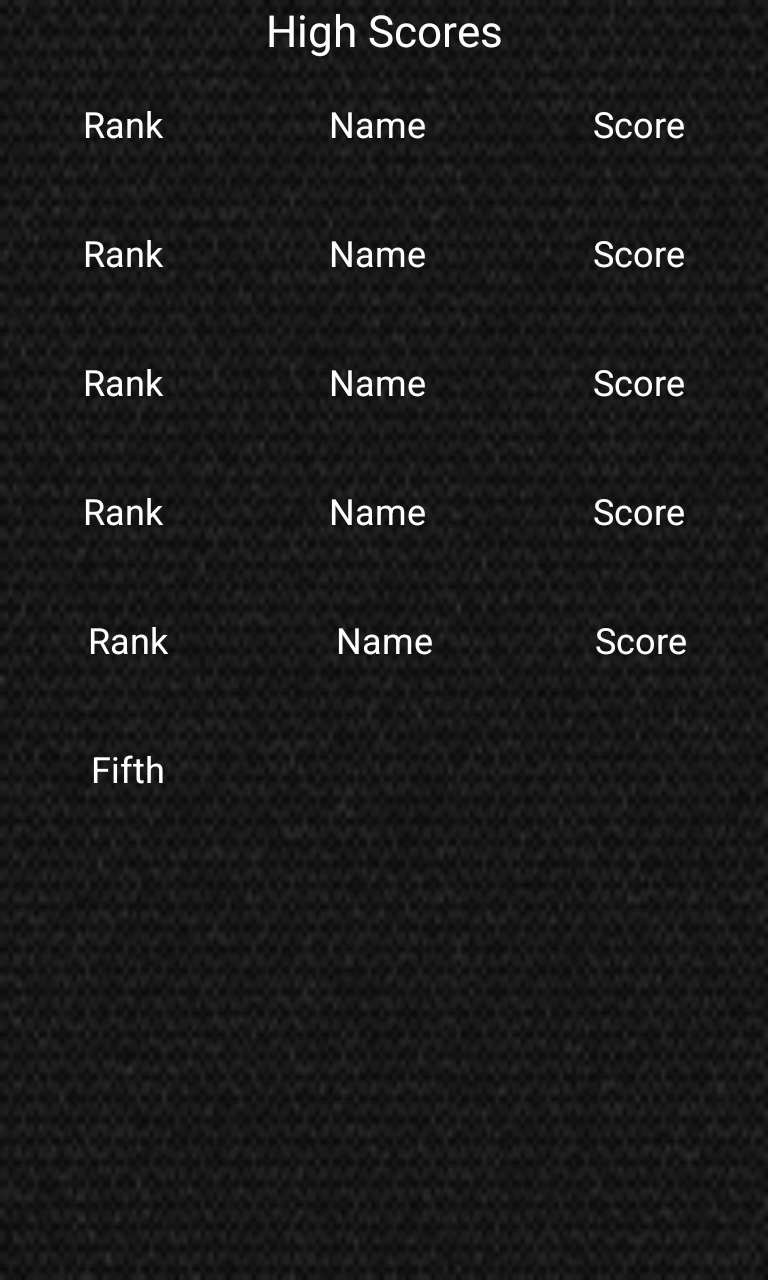
Repository: Tacohen/Killbots
Layout: Killbots/res/layout/high_scores.xml
The author's editor kept a copy of each file at every save. The layout is drawn from the files as they stood at one save, then again after the next save.
It is drawn on a 768 x 1280 px phone screen (xhdpi) without system bars, with theme AppTheme; the app's code is not run.

Above is the layout before, as saved 2013-12-08 01:51:30.

### Killbots/res/layout/high_scores.xml
<?xml version="1.0" encoding="utf-8"?>
<LinearLayout xmlns:android="http://schemas.android.com/apk/res/android"
    android:layout_width="match_parent"
    android:layout_height="match_parent"
    android:orientation="vertical"
    android:background="@drawable/binding_dark">

    <TextView
        android:id="@+id/intoText"
        android:layout_width="match_parent"
        android:layout_height="wrap_content"
        android:gravity="center"
        android:text="High Scores"
        android:textAppearance="?android:attr/textAppearanceLarge"
        android:textColor="#FFFFFF" />

    <TableLayout
        android:layout_width="match_parent"
        android:layout_height="wrap_content" >

        <TableRow
            android:id="@+id/tableRow1"
            android:layout_width="wrap_content"
            android:gravity="center_horizontal"
            android:layout_height="wrap_content" >

        <TextView
            android:id="@+id/rankText"
            android:text="Rank"
            android:layout_weight="1"
            android:textAppearance="?android:attr/textAppearanceMedium"
            android:textColor="#FFFFFF"
            android:padding="20dip" android:gravity="center"/>

        <TextView
            android:id="@+id/nameText"
            android:text="Name"
            android:layout_weight="1"
            android:textAppearance="?android:attr/textAppearanceMedium"
            android:textColor="#FFFFFF"
            android:padding="20dip" android:gravity="center"/>


        <TextView
            android:id="@+id/scoreText"
            android:text="Score"
            android:layout_weight="1"
            android:textAppearance="?android:attr/textAppearanceMedium"
            android:textColor="#FFFFFF"
            android:padding="20dip" android:gravity="center"/>
        </TableRow>

        <TableRow
            android:id="@+id/tableRow2"
            android:layout_width="wrap_content"
            android:layout_height="wrap_content" >

            <TextView
            android:id="@+id/rankText1"
            android:text="Rank"
            android:layout_weight="1"
            android:textAppearance="?android:attr/textAppearanceMedium"
            android:textColor="#FFFFFF"
            android:padding="20dip" android:gravity="center"/>

        <TextView
            android:id="@+id/nameText1"
            android:text="Name"
            android:layout_weight="1"
            android:textAppearance="?android:attr/textAppearanceMedium"
            android:textColor="#FFFFFF"
            android:padding="20dip" android:gravity="center"/>


        <TextView
            android:id="@+id/scoreText1"
            android:text="Score"
            android:layout_weight="1"
            android:textAppearance="?android:attr/textAppearanceMedium"
            android:textColor="#FFFFFF"
            android:padding="20dip" android:gravity="center"/>

        </TableRow>

        <TableRow
            android:id="@+id/tableRow3"
            android:layout_width="wrap_content"
            android:layout_height="wrap_content" >

            <TextView
            android:id="@+id/rankText2"
            android:text="Rank"
            android:layout_weight="1"
            android:textAppearance="?android:attr/textAppearanceMedium"
            android:textColor="#FFFFFF"
            android:padding="20dip" android:gravity="center"/>

        <TextView
            android:id="@+id/nameText2"
            android:text="Name"
            android:layout_weight="1"
            android:textAppearance="?android:attr/textAppearanceMedium"
            android:textColor="#FFFFFF"
            android:padding="20dip" android:gravity="center"/>


        <TextView
            android:id="@+id/scoreText2"
            android:text="Score"
            android:layout_weight="1"
            android:textAppearance="?android:attr/textAppearanceMedium"
            android:textColor="#FFFFFF"
            android:padding="20dip" android:gravity="center"/>
        </TableRow>

        <TableRow
            android:id="@+id/tableRow4"
            android:layout_width="wrap_content"
            android:layout_height="wrap_content" >
        <TextView
            android:id="@+id/rankText3"
            android:text="Rank"
            android:layout_weight="1"
            android:textAppearance="?android:attr/textAppearanceMedium"
            android:textColor="#FFFFFF"
            android:padding="20dip" android:gravity="center"/>

        <TextView
            android:id="@+id/nameText3"
            android:text="Name"
            android:layout_weight="1"
            android:textAppearance="?android:attr/textAppearanceMedium"
            android:textColor="#FFFFFF"
            android:padding="20dip" android:gravity="center"/>


        <TextView
            android:id="@+id/scoreText3"
            android:text="Score"
            android:layout_weight="1"
            android:textAppearance="?android:attr/textAppearanceMedium"
            android:textColor="#FFFFFF"
            android:padding="20dip" android:gravity="center"/>
        </TableRow>
    </TableLayout>

    <TableRow
        android:id="@+id/tableRow5"
        android:layout_width="match_parent"
        android:layout_height="wrap_content" >

        <TextView
            android:id="@+id/rankText4"
            android:text="Rank"
            android:layout_weight="1"
            android:textAppearance="?android:attr/textAppearanceMedium"
            android:textColor="#FFFFFF"
            android:padding="20dip" android:gravity="center"/>

        <TextView
            android:id="@+id/nameText4"
            android:text="Name"
            android:layout_weight="1"
            android:textAppearance="?android:attr/textAppearanceMedium"
            android:textColor="#FFFFFF"
            android:padding="20dip" android:gravity="center"/>


        <TextView
            android:id="@+id/scoreText4"
            android:text="Score"
            android:layout_weight="1"
            android:textAppearance="?android:attr/textAppearanceMedium"
            android:textColor="#FFFFFF"
            android:padding="20dip" android:gravity="center"/>
    </TableRow>

    <TableRow
        android:id="@+id/tableRow6"
        android:layout_width="match_parent"
        android:layout_height="wrap_content" >

        <TextView
            android:id="@+id/rankText5"
            android:text="Fifth"
            android:layout_weight="1"
            android:textAppearance="?android:attr/textAppearanceMedium"
            android:textColor="#FFFFFF"
            android:padding="20dip" android:gravity="center"/>

        <TextView
            android:id="@+id/nameText5"
            android:text=""
            android:layout_weight="1"
            android:textAppearance="?android:attr/textAppearanceMedium"
            android:textColor="#FFFFFF"
            android:padding="20dip" android:gravity="center"/>


        <TextView
            android:id="@+id/scoreText5"
            android:text=""
            android:layout_weight="1"
            android:textAppearance="?android:attr/textAppearanceMedium"
            android:textColor="#FFFFFF"
            android:padding="20dip" android:gravity="center"/>
    </TableRow>

</LinearLayout>

Loaded but not shown: Killbots/res/values/styles.xml (common file); Killbots/res/values-v11/styles.xml (common file); Killbots/res/values-v14/styles.xml (common file)

After the next save:
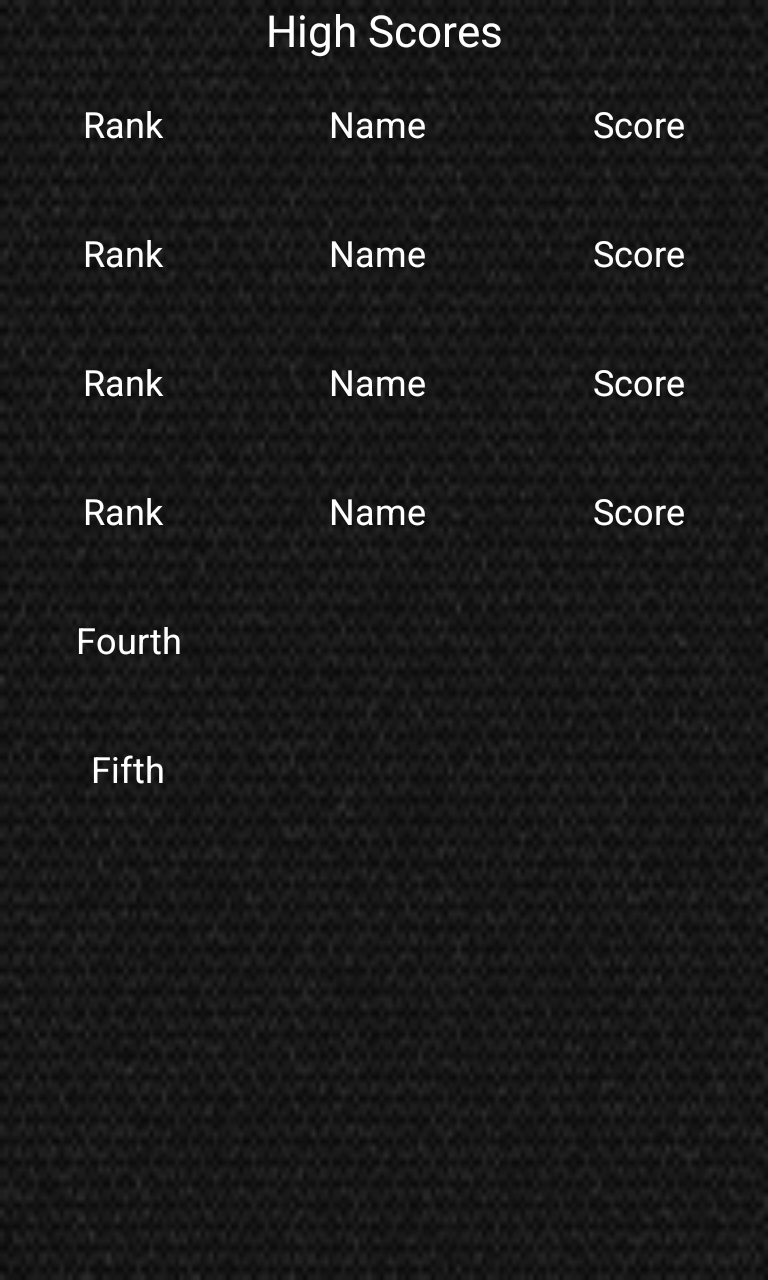
Saved 12 s later.
--- a/Killbots/res/layout/high_scores.xml
+++ b/Killbots/res/layout/high_scores.xml
@@ -151,7 +151,7 @@
 
         <TextView
             android:id="@+id/rankText4"
-            android:text="Rank"
+            android:text="Fourth"
             android:layout_weight="1"
             android:textAppearance="?android:attr/textAppearanceMedium"
             android:textColor="#FFFFFF"
@@ -159,7 +159,7 @@
 
         <TextView
             android:id="@+id/nameText4"
-            android:text="Name"
+            android:text=""
             android:layout_weight="1"
             android:textAppearance="?android:attr/textAppearanceMedium"
             android:textColor="#FFFFFF"
@@ -168,7 +168,7 @@
 
         <TextView
             android:id="@+id/scoreText4"
-            android:text="Score"
+            android:text=""
             android:layout_weight="1"
             android:textAppearance="?android:attr/textAppearanceMedium"
             android:textColor="#FFFFFF"
